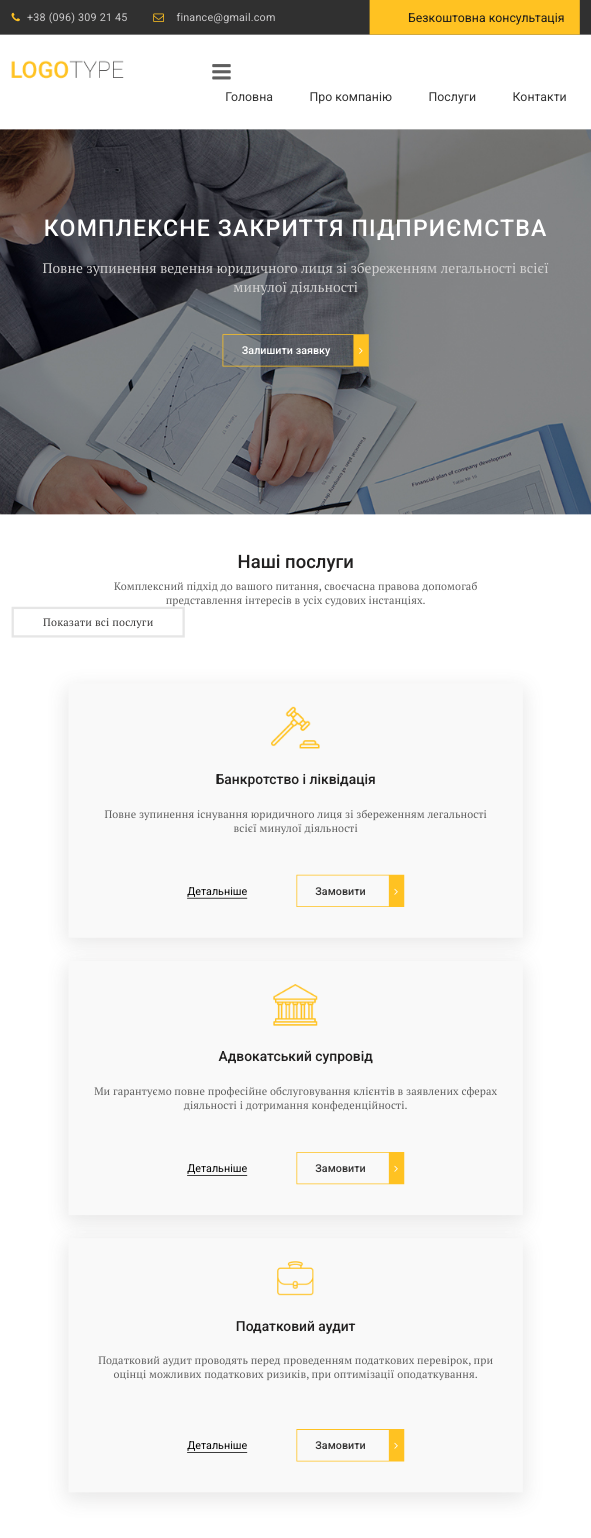
Repository: oliachipko/companysait
Page: index.html
These files come from the project's save history. The page is drawn as it stood at one moment and after the next save; the edit follows.
The browser window is 768 px wide. The pictures show the whole page, at 77% of full size.

Above is the page before, as saved 2020-11-24 01:46:44.

After the next save:
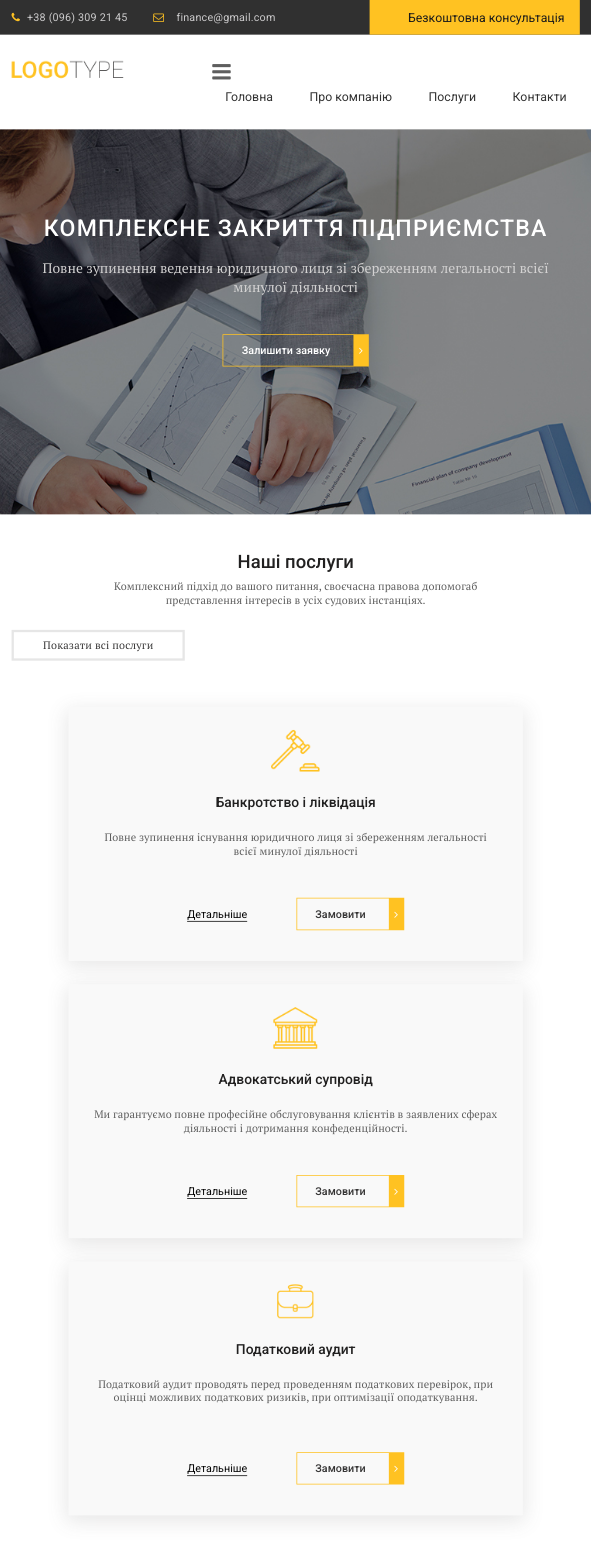
Saved 17 s later.
--- a/css/media.css
+++ b/css/media.css
@@ -18,7 +18,7 @@
     .services__title-box{
         padding-left: 0;
         text-align: center;
-        margin: 0 auto;
+        margin: 0 auto 30px;
     }
     .services__title-box:before{
         display: none;
